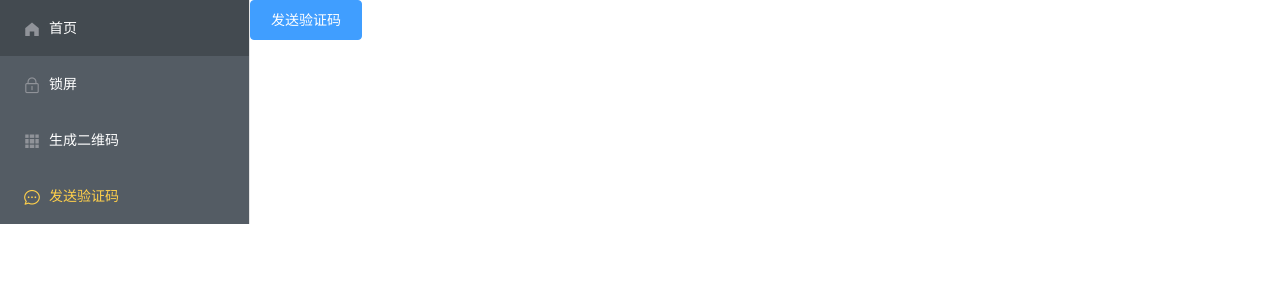
Repository: wujingwenwu/-vue-2.0
Page: /countdown
The author's editor kept a copy of each file at every save. The page is drawn from the files as they stood at one save, then again after the next save.
The browser window is 1280 px wide. The pictures show the whole page.
The project was rebuilt for these pictures with package versions that can differ from the ones it lists, and the page was loaded fresh each time. Also part of the build but not shown: src/views/Home.vue, src/components/w-lockScreen/w-lockScreen.vue, src/components/w-qrcode/w-qrcode.vue.

Above is the page before, as saved 2020-10-01 17:56:53.

After the next save:
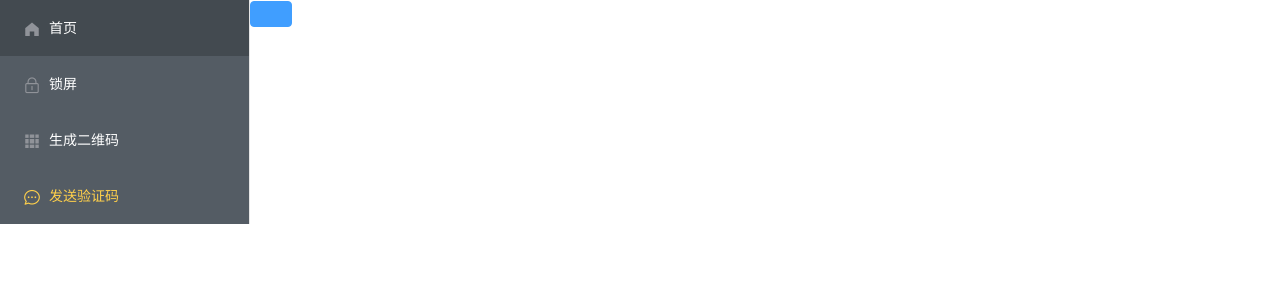
Saved 33 s later.
--- a/src/components/w-countdown/w-countdown.vue
+++ b/src/components/w-countdown/w-countdown.vue
@@ -33,7 +33,7 @@
         const a = setInterval(() => {
           if (langtime == 0) {
             this.flag = true;
-            this.times = "发送验证码";
+            this.times = this.name;
             clearInterval(a);
           } else {
 
@@ -44,7 +44,7 @@
     }
    },
    mounted() {
-    this.times=this.name
+
    },
    watch: {
 

After the 4 saves that followed:
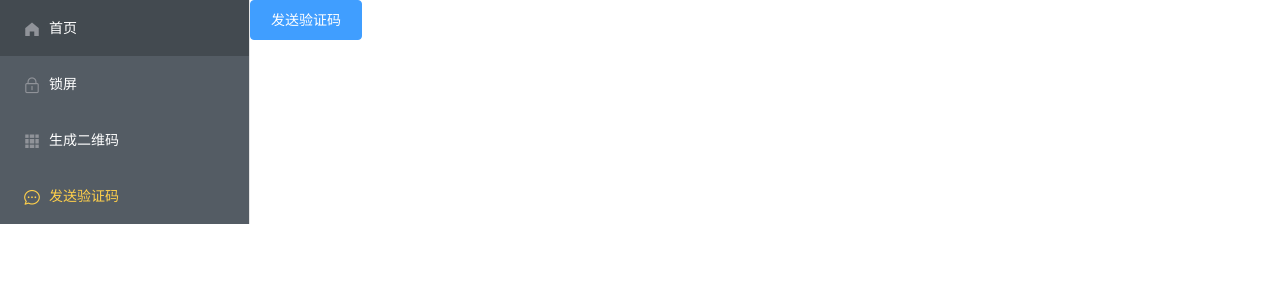
The 4 saves are shown as one change because 3 left the picture as it was.
The last was saved 105 s later.
--- a/src/components/w-countdown/w-countdown.vue
+++ b/src/components/w-countdown/w-countdown.vue
@@ -33,7 +33,7 @@
         const a = setInterval(() => {
           if (langtime == 0) {
             this.flag = true;
-            this.times = this.name;
+            this.times = "发送验证码";
             clearInterval(a);
           } else {
 
@@ -44,7 +44,7 @@
     }
    },
    mounted() {
-
+    this.times=this.name
    },
    watch: {
 
